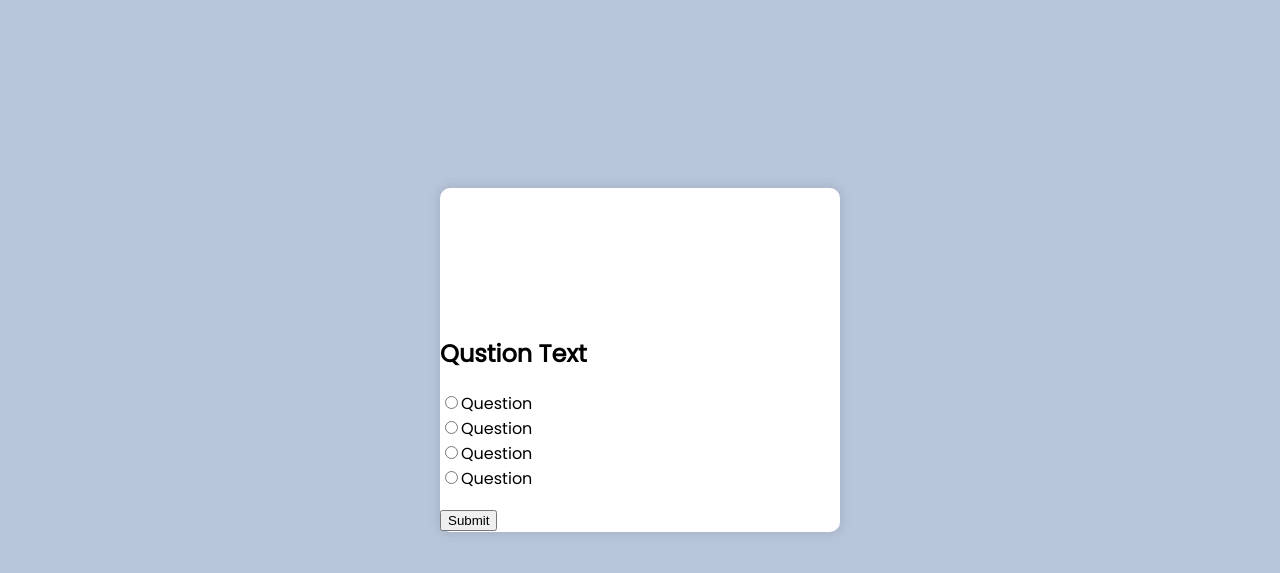
Repository: Abhi2359/Intermediate-projects
Page: Quiz App/index.html
These files come from the project's save history. The page is drawn as it stood at one moment and after the next save; the edit follows.
The browser window is 1280 px wide. The pictures show the whole page.

Above is the page before, as saved 2023-01-31 14:08:04.

After the next save:
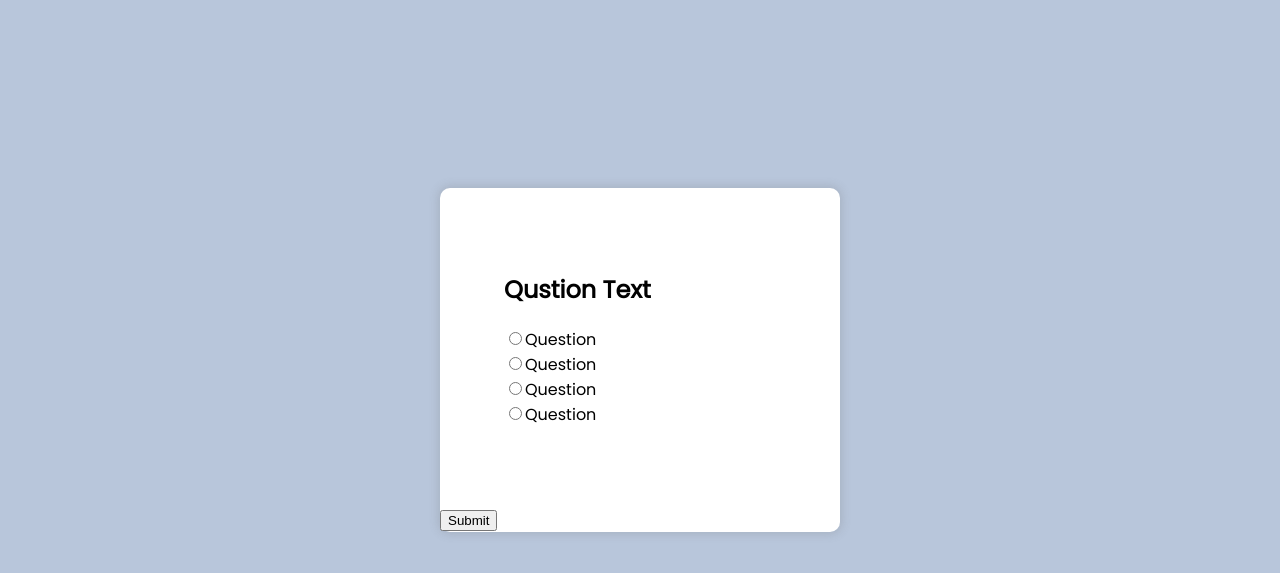
Saved 44 s later.
--- a/Quiz App/index.html
+++ b/Quiz App/index.html
@@ -11,30 +11,30 @@
     <div class="quiz-container">
       <div class="quiz-header">
 
+        <h2 >Qustion Text</h2>
+        <ul>
+          <li>
+            <input type="radio" name="answer" id="a" /><label for="a"
+              >Question</label
+            >
+          </li>
+          <li>
+            <input type="radio" name="answer" id="b" /><label for="b"
+              >Question</label
+            >
+          </li>
+          <li>
+            <input type="radio" name="answer" id="c" /><label for="c"
+              >Question</label
+            >
+          </li>
+          <li>
+            <input type="radio" name="answer" id="d" /><label for="d"
+              >Question</label
+            >
+          </li>
+        </ul>
       </div>
-      <h2 >Qustion Text</h2>
-      <ul>
-        <li>
-          <input type="radio" name="answer" id="a" /><label for="a"
-            >Question</label
-          >
-        </li>
-        <li>
-          <input type="radio" name="answer" id="b" /><label for="b"
-            >Question</label
-          >
-        </li>
-        <li>
-          <input type="radio" name="answer" id="c" /><label for="c"
-            >Question</label
-          >
-        </li>
-        <li>
-          <input type="radio" name="answer" id="d" /><label for="d"
-            >Question</label
-          >
-        </li>
-      </ul>
       <button>Submit</button>
     </div>
   </body>
